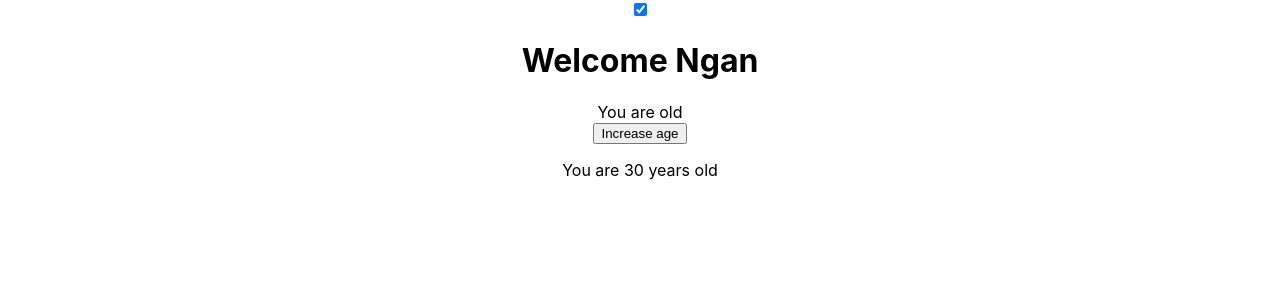
Repository: nguyenthibichngan/learn-react-redux
Page: /
An editor plug-in stored every save of this project. The page is shown before and after the next save, followed by the edit.
The browser window is 1280 px wide. The pictures show the whole page.
The project was rebuilt for these pictures with package versions that can differ from the ones it lists, and the page was loaded fresh each time.

Above is the page before, as saved 2023-09-11 14:37:23.

After the next save:
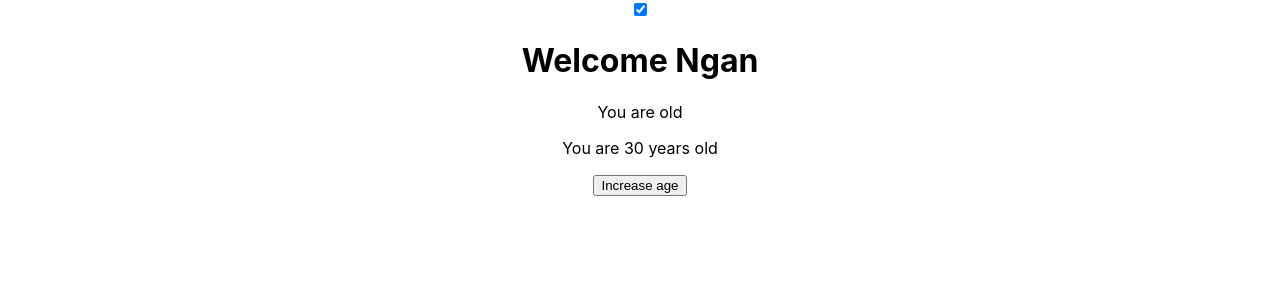
Saved 15 s later.
--- a/src/component/AgeCounter.js
+++ b/src/component/AgeCounter.js
@@ -15,8 +15,8 @@ export function AgeCounter(props) {
 
   return (
     <div>
+      <p>You are {age} years old</p>
       <button onClick={increaseAge}>Increase age</button>
-      <p>You are {age} years old</p>
     </div>
   );
 }
